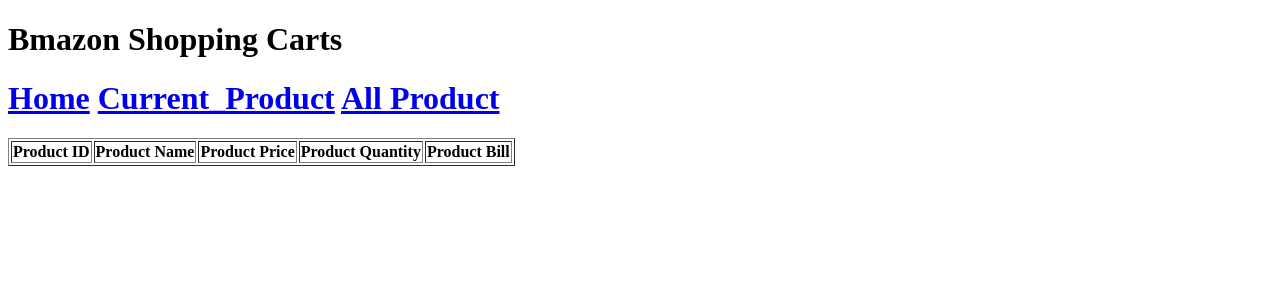
Repository: shivendra05/WebService_SpringRest
Page: http://localhost/23_MVC_JPA/WEB-INF/views/usersData.jsp
The author's editor kept a copy of each file at every save. The page is drawn from the files as they stood at one save, then again after the next save.
The browser window is 1280 px wide. The pictures show the whole page.
The page is served by Tomcat 9. Nobody is signed in. Other server files are loaded and not shown. The template is opened directly, without the code that normally fills it, so the values that code supplies are empty.

Above is the page before, as saved 2021-12-07 12:53:16.

### SpringBoot@7AM/23_MVC_JPA/src/main/webapp/WEB-INF/views/usersData.jsp
<%@ page language="java" contentType="text/html; charset=ISO-8859-1"
	pageEncoding="ISO-8859-1" isELIgnored="false"%>
<%@taglib prefix="c" uri="http://java.sun.com/jsp/jstl/core"%>
<!DOCTYPE html>
<html>
<head>
<meta charset="ISO-8859-1">
<title>Insert title here</title>
</head>
<body>
	<h1>Bmazon Shopping Carts</h1>

	<span>
		<h1>
			<a href="productHome">Home</a>
			<a href="userRegister">Current_Product</a>
			<a href="all">All Product</a>
		</h1>
	</span>

	<table border="1">
		<tr>
			<th>Product ID</th>
			<th>Product Name</th>
			<th>Product Price</th>
			<th>Product Quantity</th>
			<th>Product Bill</th>
		</tr>
		<c:forEach items="${prodList}" var="list">
			<tr>
				<td>${list.name}</td>
				<td>${list.qty}</td>
				<td>${list.gst}</td>
				<td>${list.bill}</td>
				<td>${list.price}</td>
			</tr>
		</c:forEach>
	</table>

</body>
</html>

After the next save:
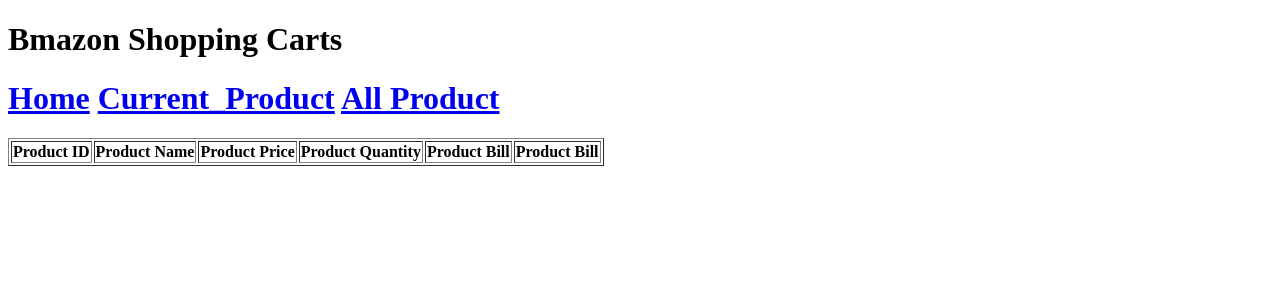
Saved 3 h 26 min later.
--- a/SpringBoot@7AM/23_MVC_JPA/src/main/webapp/WEB-INF/views/usersData.jsp
+++ b/SpringBoot@7AM/23_MVC_JPA/src/main/webapp/WEB-INF/views/usersData.jsp
@@ -25,6 +25,7 @@
 			<th>Product Price</th>
 			<th>Product Quantity</th>
 			<th>Product Bill</th>
+			<th>Product Bill</th>
 		</tr>
 		<c:forEach items="${prodList}" var="list">
 			<tr>
